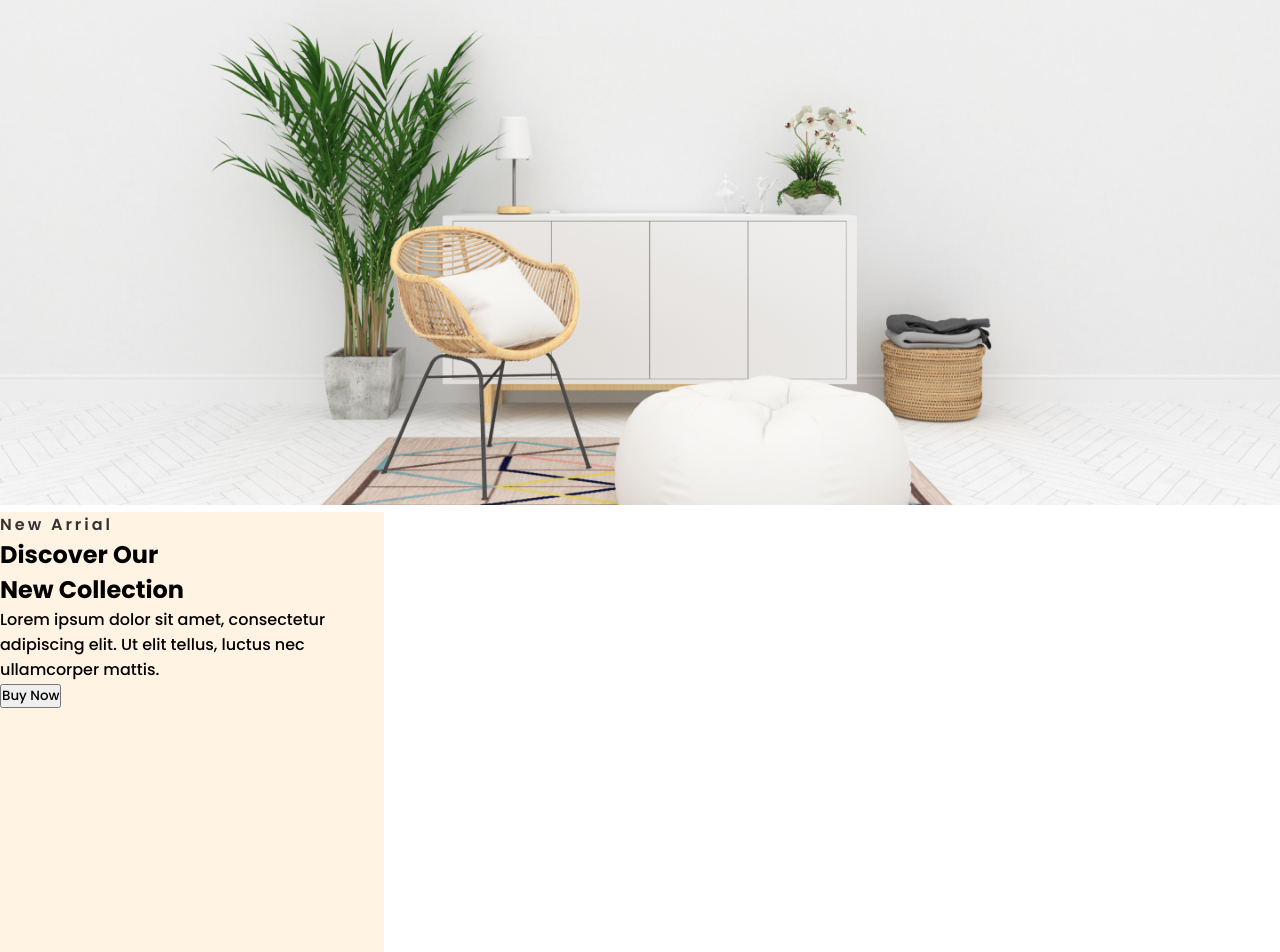
Repository: DT2301/project
Page: index.html
These files come from the project's save history. The page is drawn as it stood at one moment and after a run of saves; the edit follows.
The browser window is 1280 px wide. The pictures show the part of the page from y = 233 to 1185 px (the page is 1185 px tall).
A picture or video elsewhere on the page could not be fetched, so the positions and the page height are approximate.

Above is the page before, as saved 2024-01-07 10:12:56.

After the next 2 saves:
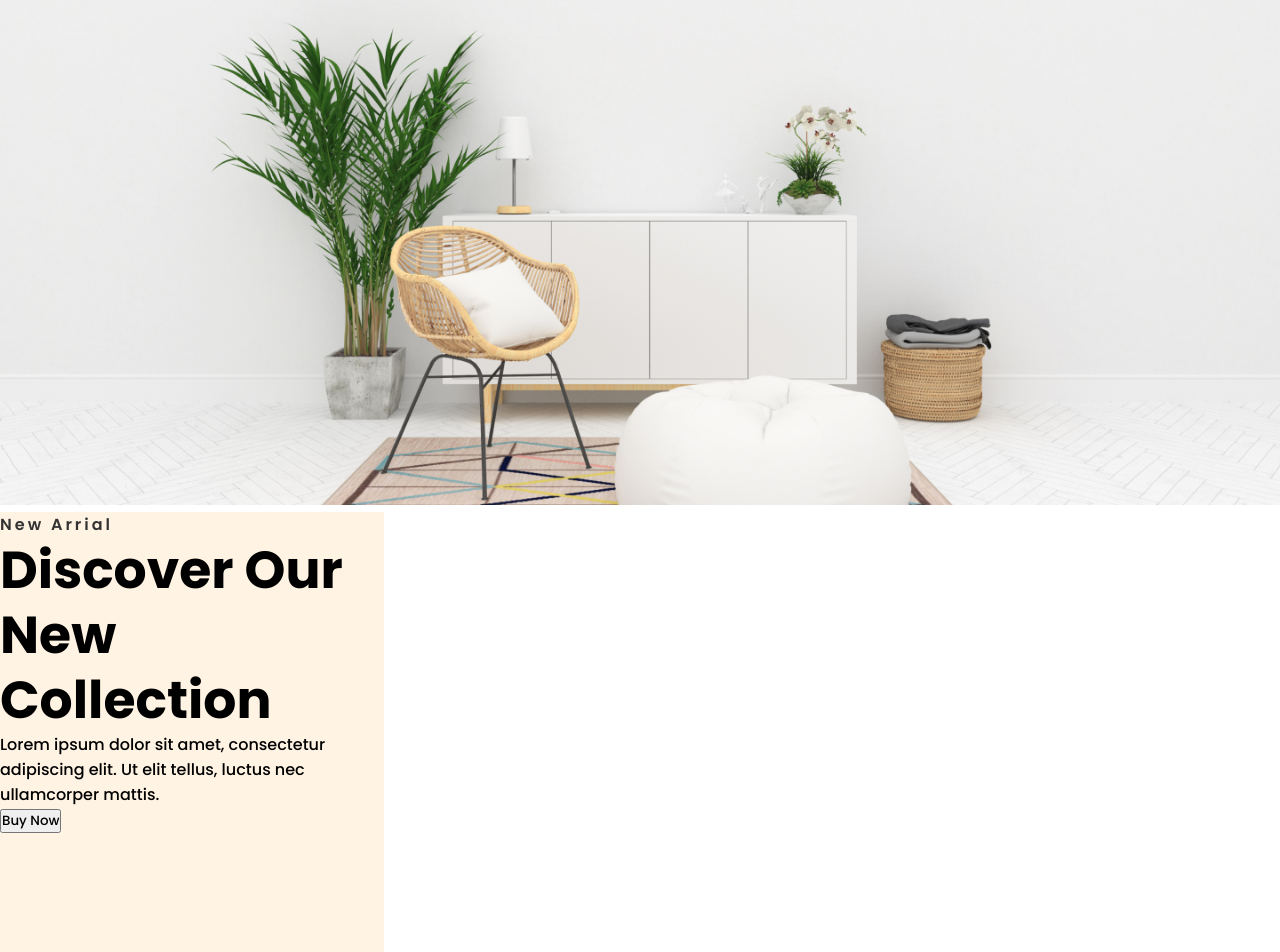
The 2 saves are shown as one change because they came seconds apart.
The last was saved 16 s later.
--- a/style.css
+++ b/style.css
@@ -65,5 +65,6 @@ ul {
 }
 
 .infor h2{
-
+    font-size: 52px;
+    line-height: 65px;
 }
